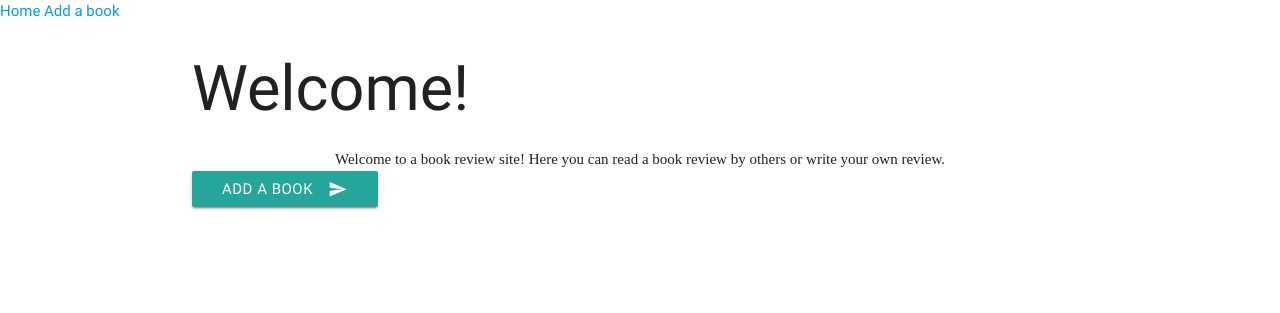
Repository: h8130084/bookReview
Page: http://localhost/
The author's editor kept a record of every edit. The page is drawn from the files as they stood at one moment, then again after the next edit.
The browser window is 1280 px wide. The pictures show the whole page.
Some web libraries are served in a nearby version. The page is served by the project's application, run on Flask 3 (app.py). Queries for data that is not in the repository find no rows.

Above is the page before.
Console error: ReferenceError: M is not defined

After the next edit:
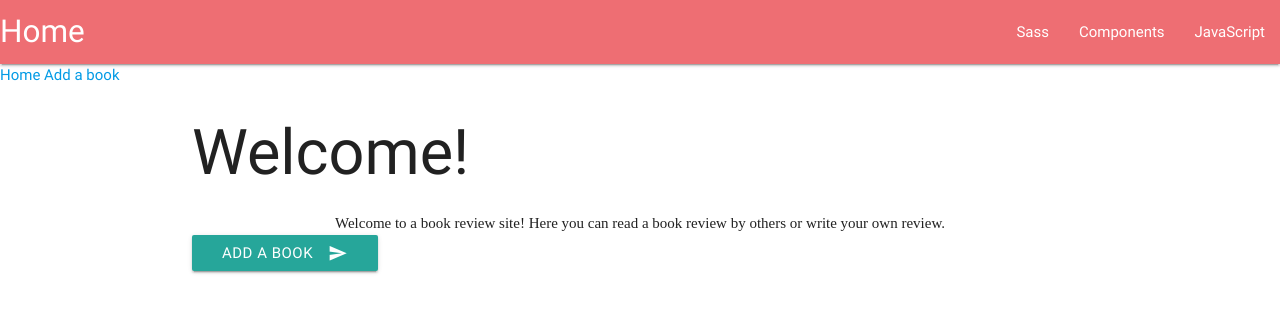
The edit:
--- a/templates/base.html
+++ b/templates/base.html
@@ -17,6 +17,16 @@
 
 <body>
     <header>
+         <nav>
+    <div class="nav-wrapper">
+      <a href="{{url_for('get_books')}}" class="brand-logo">Home</a>
+      <ul id="nav-mobile" class="right hide-on-med-and-down">
+        <li><a href="sass.html">Sass</a></li>
+        <li><a href="badges.html">Components</a></li>
+        <li><a href="collapsible.html">JavaScript</a></li>
+      </ul>
+    </div>
+  </nav>
 		<div id="navbar" class="col s12">
 			<a href="{{url_for('get_books')}}">Home</a>
 			<a href="{{url_for('add_book')}}">Add a book</a>
